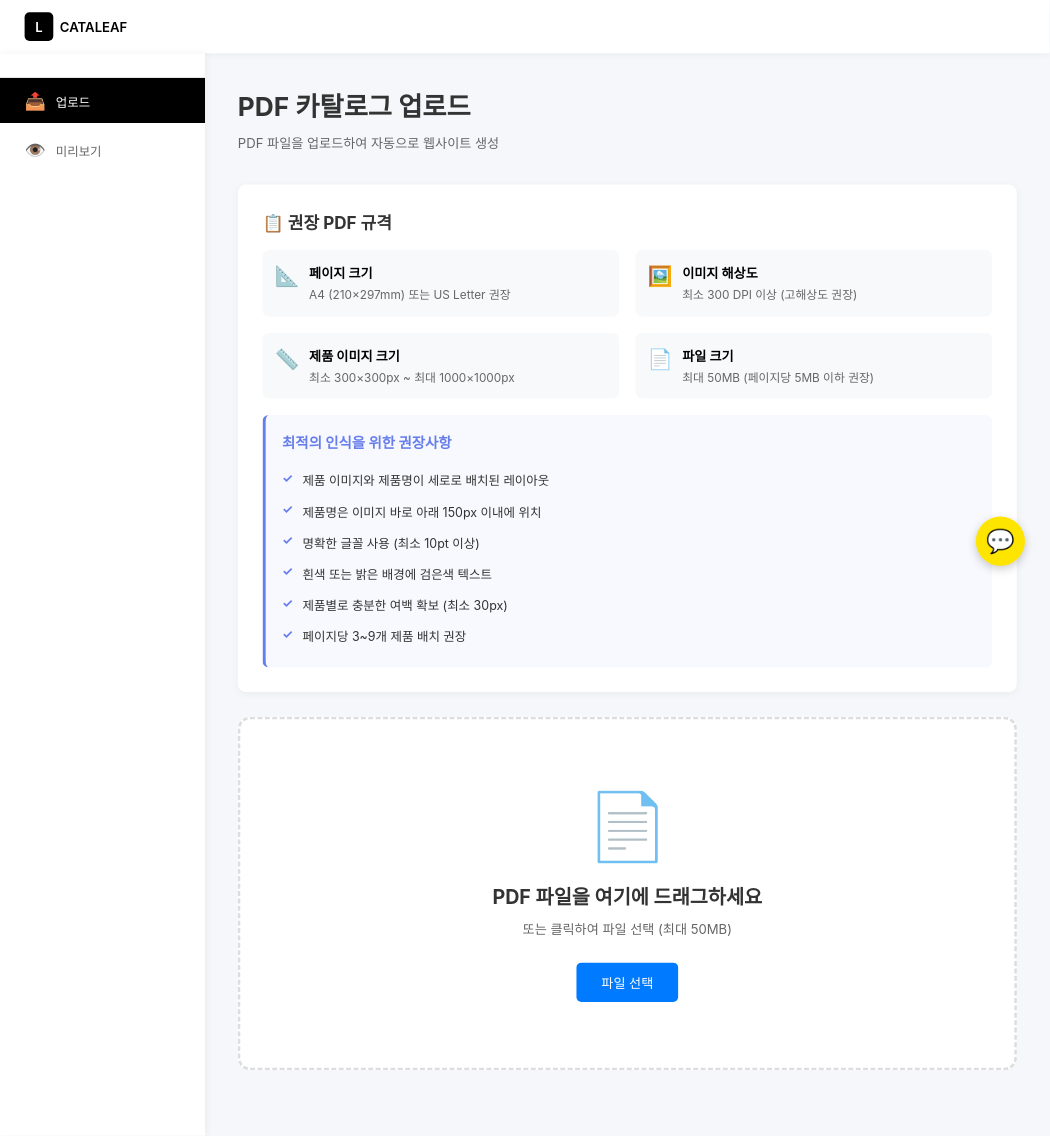
Repository: ororso11/catamaster
Page: frontend/public/dashboard.html
These files come from the project's save history. The page is drawn as it stood at one moment and after the next save; the edit follows.
The browser window is 1280 px wide. The pictures show the whole page, at 82% of full size.

Above is the page before, as saved 2025-10-05 20:13:26.
Console error: TypeError: Cannot read properties of null (reading 'addEventListener')

### frontend/public/dashboard.html
<!DOCTYPE html>
<html lang="ko">
<head>
    <meta charset="UTF-8">
    <meta name="viewport" content="width=device-width, initial-scale=1.0">
    <title>CATALEAF - 자동화 대시보드</title>
    <link rel="stylesheet" href="dashboard.css">
    <style>

    </style>
</head>
<body>
    <header>
        <div class="header-container">
            <div class="logo">
                <div class="logo-icon">L</div>
                <span>CATALEAF</span>
            </div>
        </div>
    </header>

    <div class="dashboard-container">
        <aside class="sidebar">
            <div class="sidebar-menu">
                <div class="menu-item active" data-tab="upload">
                    <span class="icon">📤</span>
                    <span>업로드</span>
                </div>
                <div class="menu-item" data-tab="preview">
                    <span class="icon">👁️</span>
                    <span>미리보기</span>
                </div>
            </div>
        </aside>

        <main class="main-content">
            <div class="tab-content active" id="upload">
                <!-- <div class="demo-notice">
                    <h3>🎯 AI 기반 PDF 파싱</h3>
                    <p>PDF를 업로드하면 서버에서 정교하게 제품을 추출하여 웹사이트를 생성합니다.</p>
                    <div style="display: flex; gap: 15px; justify-content: center; margin-top: 20px;">
                        <a href="mailto:contact@lightpdf.io" class="cta-button">이메일 문의</a>
                        <a href="#" id="kakaoConsultBtn" class="cta-button" style="background: #FEE500; color: #000;">
                            💬 카카오톡 상담
                        </a>
                    </div>
                </div> -->

                <div class="content-header">
                    <h2>PDF 카탈로그 업로드</h2>
                    <p>PDF 파일을 업로드하여 자동으로 웹사이트 생성</p>
                </div>

                <!-- PDF 규격 안내 -->
                <div class="pdf-specs">
                    <h3>📋 권장 PDF 규격</h3>
                    <div class="specs-grid">
                        <div class="spec-item">
                            <div class="spec-icon">📐</div>
                            <div class="spec-content">
                                <h4>페이지 크기</h4>
                                <p>A4 (210×297mm) 또는 US Letter 권장</p>
                            </div>
                        </div>
                        <div class="spec-item">
                            <div class="spec-icon">🖼️</div>
                            <div class="spec-content">
                                <h4>이미지 해상도</h4>
                                <p>최소 300 DPI 이상 (고해상도 권장)</p>
                            </div>
                        </div>
                        <div class="spec-item">
                            <div class="spec-icon">📏</div>
                            <div class="spec-content">
                                <h4>제품 이미지 크기</h4>
                                <p>최소 300×300px ~ 최대 1000×1000px</p>
                            </div>
                        </div>
                        <div class="spec-item">
                            <div class="spec-icon">📄</div>
                            <div class="spec-content">
                                <h4>파일 크기</h4>
                                <p>최대 50MB (페이지당 5MB 이하 권장)</p>
                            </div>
                        </div>
                    </div>

                    <div class="requirements-box">
                        <h4>최적의 인식을 위한 권장사항</h4>
                        <ul>
                            <li>제품 이미지와 제품명이 세로로 배치된 레이아웃</li>
                            <li>제품명은 이미지 바로 아래 150px 이내에 위치</li>
                            <li>명확한 글꼴 사용 (최소 10pt 이상)</li>
                            <li>흰색 또는 밝은 배경에 검은색 텍스트</li>
                            <li>제품별로 충분한 여백 확보 (최소 30px)</li>
                            <li>페이지당 3~9개 제품 배치 권장</li>
                        </ul>
                    </div>
                </div>

                <div class="upload-zone" id="uploadZone">
                    <div class="upload-icon">📄</div>
                    <h3>PDF 파일을 여기에 드래그하세요</h3>
                    <p>또는 클릭하여 파일 선택 (최대 50MB)</p>
                    <input type="file" id="fileInput" accept=".pdf" hidden>
                    <button class="upload-btn">파일 선택</button>
                </div>
            </div>

            <div class="tab-content" id="preview">
                <div class="content-header">
                    <h2>생성된 웹사이트 미리보기</h2>
                    <p>자동 생성된 index.html과 admin.html을 확인하세요</p>
                </div>

                <div id="previewContainer">
                    <div class="empty-state">
                        <div class="empty-icon">🖥️</div>
                        <p>PDF를 업로드하면 생성된 웹사이트가 여기에 표시됩니다</p>
                    </div>
                </div>
            </div>
        </main>
    </div>

    <div id="processingStatus" style="display: none;">처리 중...</div>

    <!-- 카카오톡 플로팅 버튼 -->
    <div id="kakaoFloatingBtn" style="position: fixed; bottom: 30px; right: 30px; z-index: 9999; cursor: pointer; transition: all 0.3s;">
        <div style="width: 60px; height: 60px; border-radius: 50%; background: #FEE500; display: flex; align-items: center; justify-content: center; box-shadow: 0 4px 12px rgba(0,0,0,0.2); font-size: 28px;">
            💬
        </div>
    </div>

    <script>
        // 카카오톡 플로팅 버튼 호버 효과
        const floatingBtn = document.getElementById('kakaoFloatingBtn');
        floatingBtn.addEventListener('mouseenter', () => {
            floatingBtn.style.transform = 'scale(1.1)';
        });
        floatingBtn.addEventListener('mouseleave', () => {
            floatingBtn.style.transform = 'scale(1)';
        });

        // 카카오톡 플로팅 버튼 클릭
        floatingBtn.addEventListener('click', function() {
            const channelUrl = 'https://pf.kakao.com/_xfxfxf/chat'; // 실제 채널 ID로 교체
            window.open(channelUrl, '_blank', 'width=400,height=600');
        });

        // 상단 배너 버튼 클릭
        document.getElementById('kakaoConsultBtn').addEventListener('click', function(e) {
            e.preventDefault();
            const channelUrl = 'https://pf.kakao.com/_xfxfxf/chat'; // 실제 채널 ID로 교체
            window.open(channelUrl, '_blank', 'width=400,height=600');
        });
    </script>
    <script src="dashboard.js"></script>
</body>
</html>

### frontend/public/dashboard.css
* {
    margin: 0;
    padding: 0;
    box-sizing: border-box;
}

body {
    font-family: -apple-system, BlinkMacSystemFont, 'Segoe UI', 'Malgun Gothic', sans-serif;
    background: #f5f7fa;
    color: #333;
}

header {
    background: white;
    padding: 15px 0;
    box-shadow: 0 2px 10px rgba(0,0,0,0.05);
}

.header-container {
    max-width: 1600px;
    margin: 0 auto;
    padding: 0 30px;
    display: flex;
    justify-content: space-between;
    align-items: center;
}

.logo {
    display: flex;
    align-items: center;
    gap: 8px;
    font-size: 1rem;
    font-weight: 600;
    color: #000;
}

.logo-icon {
    width: 35px;
    height: 35px;
    background: #000;
    border-radius: 6px;
    display: flex;
    align-items: center;
    justify-content: center;
    color: white;
}

.dashboard-container {
    display: flex;
    max-width: 1600px;
    margin: 0 auto;
    min-height: calc(100vh - 70px);
}

.sidebar {
    width: 250px;
    background: white;
    padding: 30px 0;
    box-shadow: 2px 0 10px rgba(0,0,0,0.05);
}

.sidebar-menu {
    display: flex;
    flex-direction: column;
    gap: 5px;
}

.menu-item {
    display: flex;
    align-items: center;
    gap: 12px;
    padding: 15px 30px;
    cursor: pointer;
    transition: all 0.3s;
    color: #666;
    font-size: 0.95rem;
}

.menu-item:hover {
    background: #f5f7fa;
    color: #000;
}

.menu-item.active {
    background: #000;
    color: white;
    font-weight: 500;
}

.menu-item .icon {
    font-size: 1.3rem;
}

.main-content {
    flex: 1;
    padding: 40px;
}

.content-header {
    margin-bottom: 40px;
}

.content-header h2 {
    font-size: 2rem;
    margin-bottom: 10px;
}

.content-header p {
    color: #666;
    font-size: 1rem;
}

.tab-content {
    display: none;
}

.tab-content.active {
    display: block;
}

.demo-notice {
    background: linear-gradient(135deg, #667eea 0%, #764ba2 100%);
    color: white;
    padding: 25px;
    border-radius: 10px;
    margin-bottom: 30px;
    text-align: center;
}

.demo-notice h3 {
    margin-bottom: 10px;
    font-size: 1.4rem;
}

.demo-notice p {
    opacity: 0.95;
    line-height: 1.6;
}

.cta-button {
    display: inline-block;
    margin-top: 15px;
    padding: 12px 30px;
    background: white;
    color: #667eea;
    border: none;
    border-radius: 6px;
    font-size: 1rem;
    font-weight: 600;
    cursor: pointer;
    text-decoration: none;
    transition: transform 0.3s;
}

.cta-button:hover {
    transform: translateY(-2px);
}

.upload-zone {
    background: white;
    border: 3px dashed #ddd;
    border-radius: 15px;
    padding: 80px 40px;
    text-align: center;
    transition: all 0.3s;
    cursor: pointer;
    margin-bottom: 40px;
}

.upload-zone:hover,
.upload-zone.dragover {
    border-color: #007bff;
    background: #f8f9ff;
}

.upload-icon {
    font-size: 5rem;
    margin-bottom: 20px;
}

.upload-zone h3 {
    font-size: 1.5rem;
    margin-bottom: 10px;
}

.upload-zone p {
    color: #666;
    margin-bottom: 30px;
}

.upload-btn {
    padding: 12px 30px;
    background: #007bff;
    color: white;
    border: none;
    border-radius: 6px;
    font-size: 1rem;
    cursor: pointer;
    transition: background 0.3s;
}

.upload-btn:hover {
    background: #0056b3;
}

.empty-state {
    text-align: center;
    padding: 80px 20px;
    background: white;
    border-radius: 10px;
}

.empty-icon {
    font-size: 5rem;
    opacity: 0.3;
    margin-bottom: 20px;
}

.empty-state p {
    color: #666;
    font-size: 1.1rem;
}

.preview-tabs {
    display: flex;
    gap: 10px;
    margin-bottom: 20px;
    border-bottom: 2px solid #ddd;
}

.preview-tab-btn {
    padding: 12px 30px;
    background: #e0e0e0;
    color: #333;
    border: none;
    cursor: pointer;
    font-weight: 600;
    border-radius: 5px 5px 0 0;
    transition: all 0.3s;
}

.preview-tab-btn.active {
    background: #667eea;
    color: white;
}

.preview-frame-container {
    border: 2px solid #ddd;
    border-radius: 10px;
    overflow: hidden;
    background: white;
}

.preview-frame {
    width: 100%;
    height: 700px;
    border: none;
}

.download-buttons {
    display: flex;
    gap: 15px;
    margin-bottom: 30px;
}

.download-btn {
    padding: 12px 25px;
    border: none;
    border-radius: 5px;
    cursor: pointer;
    font-size: 14px;
    font-weight: 600;
    color: white;
    transition: transform 0.3s;
}

.download-btn:hover {
    transform: translateY(-2px);
}

.download-btn.index {
    background: #667eea;
}

.download-btn.admin {
    background: #4CAF50;
}

#processingStatus {
    position: fixed;
    top: 50%;
    left: 50%;
    transform: translate(-50%, -50%);
    background: rgba(0,0,0,0.9);
    color: white;
    padding: 30px 50px;
    border-radius: 10px;
    font-size: 18px;
    z-index: 10000;
}

@media (max-width: 768px) {
    .dashboard-container {
        flex-direction: column;
    }

    .sidebar {
        width: 100%;
        padding: 20px 0;
    }

    .sidebar-menu {
        flex-direction: row;
        overflow-x: auto;
    }

    .menu-item {
        flex-direction: column;
        padding: 15px;
        min-width: 100px;
        text-align: center;
    }

    .main-content {
        padding: 20px;
    }

    .preview-frame {
        height: 500px;
    }

    .download-buttons {
        flex-direction: column;
    }
}

  .pdf-specs {
            background: white;
            border-radius: 10px;
            padding: 30px;
            margin-bottom: 30px;
            box-shadow: 0 2px 10px rgba(0,0,0,0.05);
        }
        .pdf-specs h3 {
            font-size: 1.3rem;
            margin-bottom: 20px;
            color: #333;
        }
        .specs-grid {
            display: grid;
            grid-template-columns: repeat(2, 1fr);
            gap: 20px;
            margin-bottom: 20px;
        }
        .spec-item {
            display: flex;
            align-items: flex-start;
            gap: 12px;
            padding: 15px;
            background: #f8f9fa;
            border-radius: 8px;
        }
        .spec-icon {
            font-size: 1.5rem;
            margin-top: 2px;
        }
        .spec-content h4 {
            font-size: 1rem;
            margin-bottom: 5px;
            color: #000;
        }
        .spec-content p {
            font-size: 0.9rem;
            color: #666;
            line-height: 1.5;
        }
        .requirements-box {
            background: #f8f9ff;
            border-left: 4px solid #667eea;
            padding: 20px;
            border-radius: 8px;
        }
        .requirements-box h4 {
            font-size: 1.1rem;
            margin-bottom: 15px;
            color: #667eea;
        }
        .requirements-box ul {
            list-style: none;
            padding: 0;
        }
        .requirements-box li {
            padding: 8px 0;
            padding-left: 25px;
            position: relative;
            color: #333;
            font-size: 0.95rem;
        }
        .requirements-box li:before {
            content: "✓";
            position: absolute;
            left: 0;
            color: #667eea;
            font-weight: bold;
        }
        @media (max-width: 768px) {
            .specs-grid {
                grid-template-columns: 1fr;
            }
        }

### frontend/public/dashboard.js
// API 엔드포인트 (Railway 배포 후 변경)
const API_URL = 'http://localhost:5000'; // 로컬 개발
// const API_URL = 'https://your-railway-app.railway.app'; // 배포 후 변경

const MAX_FILE_SIZE_MB = 50;
let generatedFiles = null;

// 탭 전환
document.querySelectorAll('.menu-item').forEach(item => {
    item.addEventListener('click', function() {
        const tab = this.getAttribute('data-tab');
        document.querySelectorAll('.menu-item').forEach(m => m.classList.remove('active'));
        document.querySelectorAll('.tab-content').forEach(c => c.classList.remove('active'));
        this.classList.add('active');
        document.getElementById(tab).classList.add('active');
    });
});

// 파일 업로드
const uploadZone = document.getElementById('uploadZone');
const fileInput = document.getElementById('fileInput');

uploadZone.addEventListener('click', (e) => {
    if (!e.target.closest('button')) fileInput.click();
});

document.querySelector('.upload-btn').addEventListener('click', (e) => {
    e.stopPropagation();
    fileInput.click();
});

uploadZone.addEventListener('dragover', (e) => {
    e.preventDefault();
    uploadZone.classList.add('dragover');
});

uploadZone.addEventListener('dragleave', () => {
    uploadZone.classList.remove('dragover');
});

uploadZone.addEventListener('drop', (e) => {
    e.preventDefault();
    uploadZone.classList.remove('dragover');
    handleFiles(e.dataTransfer.files);
});

fileInput.addEventListener('change', (e) => {
    handleFiles(e.target.files);
});

async function handleFiles(files) {
    const file = files[0];
    if (!file) return;

    if (file.type !== 'application/pdf') {
        alert('PDF 파일만 업로드 가능합니다.');
        return;
    }

    const fileSizeMB = (file.size / 1024 / 1024).toFixed(2);
    if (parseFloat(fileSizeMB) > MAX_FILE_SIZE_MB) {
        alert(`파일 크기가 너무 큽니다.\n파일 크기: ${fileSizeMB}MB\n최대 허용: ${MAX_FILE_SIZE_MB}MB`);
        return;
    }

    await uploadPDF(file);
}

async function uploadPDF(file) {
    const fileSizeMB = (file.size / 1024 / 1024).toFixed(2);
    showProcessingStatus('PDF를 서버로 업로드 중...');

    try {
        const formData = new FormData();
        formData.append('pdf', file);

        const response = await fetch(`${API_URL}/api/parse-pdf`, {
            method: 'POST',
            body: formData
        });

        if (!response.ok) {
            const error = await response.json();
            throw new Error(error.error || 'PDF 처리 실패');
        }

        showProcessingStatus('웹사이트 생성 중...');

        const result = await response.json();

        generatedFiles = {
            'index.html': result.index_html,
            'admin.html': result.admin_html
        };

        hideProcessingStatus();
        document.querySelector('[data-tab="preview"]').click();
        displayPreview(result);

        alert(`완료!\n\n파일명: ${file.name}\n크기: ${fileSizeMB} MB\n제품 수: ${result.products_count}개\n\nindex.html과 admin.html이 생성되었습니다.`);

    } catch (error) {
        hideProcessingStatus();
        alert('PDF 처리 중 오류가 발생했습니다.\n\n' + error.message);
        console.error(error);
    }
}

function displayPreview(result) {
    const container = document.getElementById('previewContainer');

    if (!generatedFiles) {
        container.innerHTML = `
            <div class="empty-state">
                <div class="empty-icon">🖥️</div>
                <p>PDF를 업로드하면 생성된 웹사이트가 여기에 표시됩니다</p>
            </div>
        `;
        return;
    }

    const indexUrl = `data:text/html;charset=utf-8,${encodeURIComponent(generatedFiles['index.html'])}`;
    const adminUrl = `data:text/html;charset=utf-8,${encodeURIComponent(generatedFiles['admin.html'])}`;

    container.innerHTML = `
        <div class="demo-notice">
            <h3>✨ 웹사이트가 성공적으로 생성되었습니다!</h3>
            <p>서버에서 PDF를 정교하게 파싱하여 ${result.products_count}개 제품을 추출했습니다.</p>
            <p style="margin-top: 10px; font-size: 14px; opacity: 0.9;">
                추출된 이미지: ${result.images_count}개 | 파싱 시간: ${result.processing_time}초
            </p>
            <a href="mailto:contact@lightpdf.io" class="cta-button">정식 버전 문의하기 →</a>
        </div>

        <div class="download-buttons">
            <button class="download-btn index" onclick="downloadFile('index.html')">
                📥 index.html 다운로드
            </button>
            <button class="download-btn admin" onclick="downloadFile('admin.html')">
                📥 admin.html 다운로드
            </button>
        </div>

        <div class="preview-tabs">
            <button class="preview-tab-btn active" onclick="switchPreview('index')">
                index.html 미리보기
            </button>
            <button class="preview-tab-btn" onclick="switchPreview('admin')">
                admin.html 미리보기
            </button>
        </div>

        <div class="preview-frame-container">
            <iframe id="indexFrame" src="${indexUrl}" class="preview-frame"></iframe>
            <iframe id="adminFrame" src="${adminUrl}" class="preview-frame" style="display: none;"></iframe>
        </div>
    `;
}

window.switchPreview = function(type) {
    const indexFrame = document.getElementById('indexFrame');
    const adminFrame = document.getElementById('adminFrame');
    const buttons = document.querySelectorAll('.preview-tab-btn');

    if (type === 'index') {
        indexFrame.style.display = 'block';
        adminFrame.style.display = 'none';
        buttons[0].classList.add('active');
        buttons[1].classList.remove('active');
    } else {
        indexFrame.style.display = 'none';
        adminFrame.style.display = 'block';
        buttons[0].classList.remove('active');
        buttons[1].classList.add('active');
    }
};

window.downloadFile = function(filename) {
    if (!generatedFiles || !generatedFiles[filename]) return;

    const content = generatedFiles[filename];
    const blob = new Blob([content], { type: 'text/html' });
    const url = URL.createObjectURL(blob);
    const a = document.createElement('a');
    a.href = url;
    a.download = filename;
    a.click();
    URL.revokeObjectURL(url);
};

function showProcessingStatus(message) {
    const statusDiv = document.getElementById('processingStatus');
    statusDiv.textContent = message;
    statusDiv.style.display = 'block';
}

function hideProcessingStatus() {
    const statusDiv = document.getElementById('processingStatus');
    statusDiv.style.display = 'none';
}

After the next save:
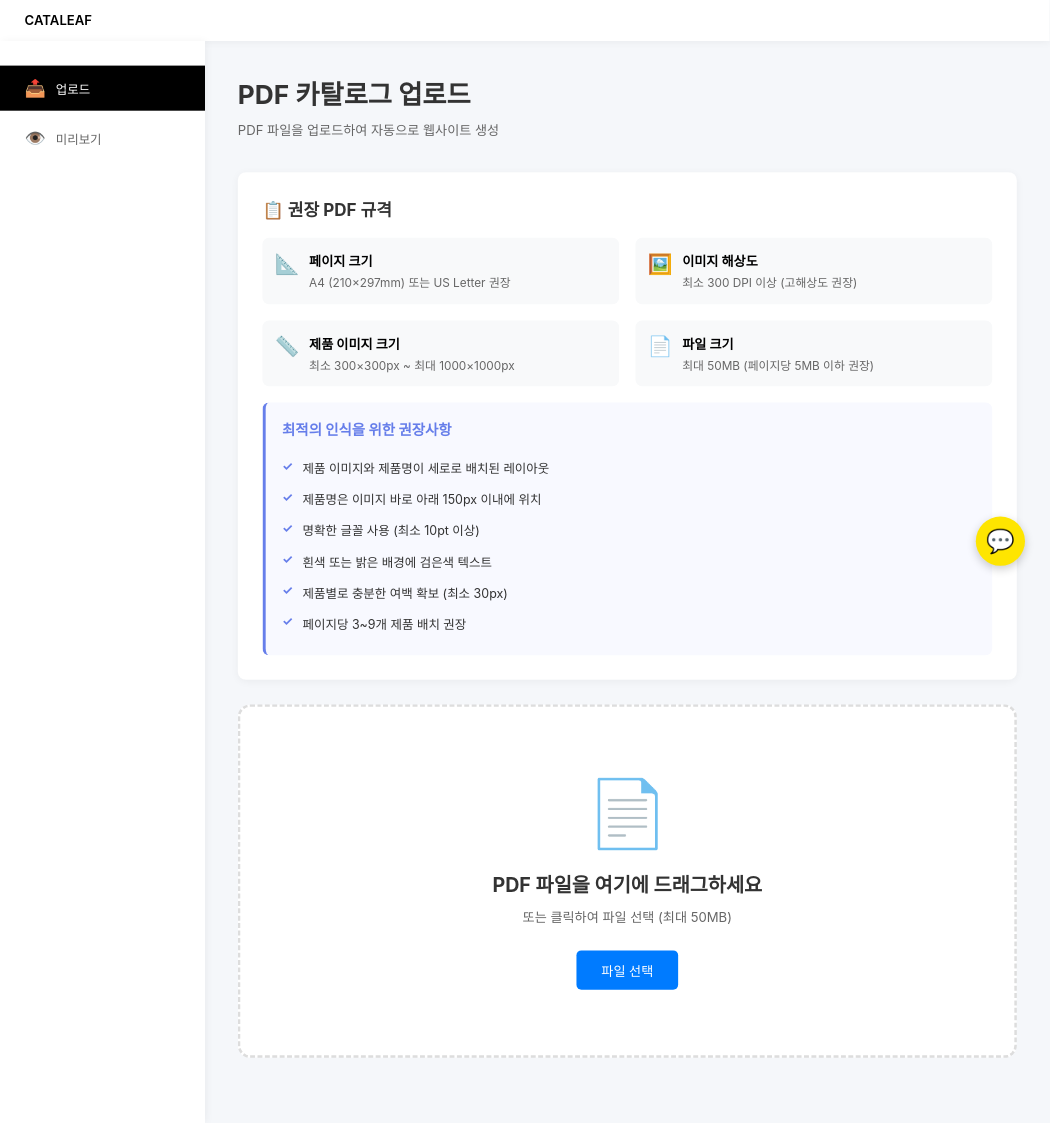
Saved 5 s later.
--- a/frontend/public/dashboard.html
+++ b/frontend/public/dashboard.html
@@ -13,7 +13,7 @@
     <header>
         <div class="header-container">
             <div class="logo">
-                <div class="logo-icon">L</div>
+                <!-- <div class="logo-icon">L</div> -->
                 <span>CATALEAF</span>
             </div>
         </div>
